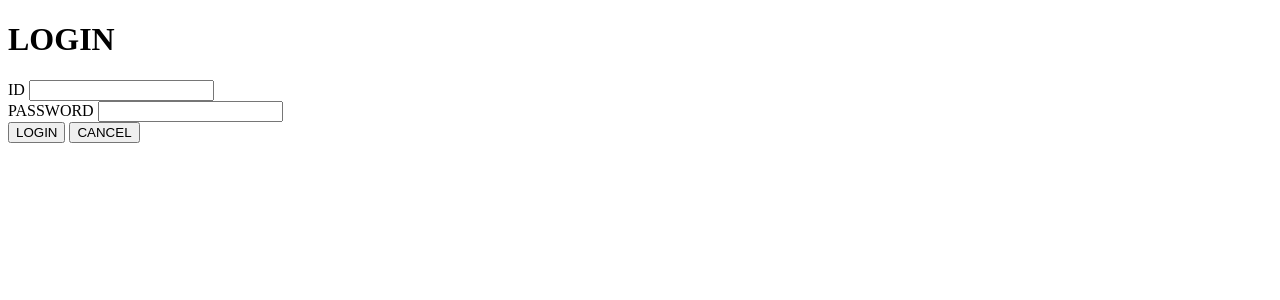
Repository: wonsy1006/servlet
Page: servlet01/src/main/webapp/login.html
These files come from the project's save history. The page is drawn as it stood at one moment and after the next save; the edit follows.
The browser window is 1280 px wide. The pictures show the whole page.

Above is the page before, as saved 2022-09-21 10:20:44.

After the next save:
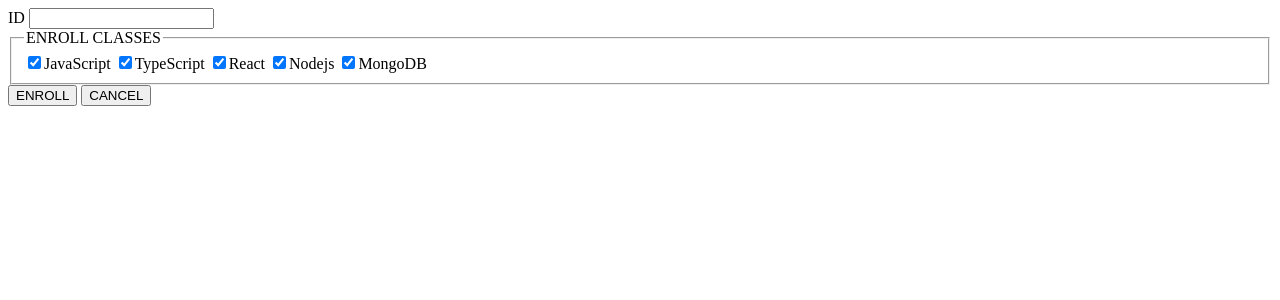
Saved 5 s later.
--- a/servlet01/src/main/webapp/login.html
+++ b/servlet01/src/main/webapp/login.html
@@ -2,16 +2,31 @@
 <html>
   <head>
     <meta charset="UTF-8" />
-    <title>LOGIN</title>
+    <title>SEND VARIABLE TYPES</title>
   </head>
   <body>
-    <h1>LOGIN</h1>
-    <form action="login" method="get" name="formLogin">
+    <form action="input" method="get" name="formInput">
       <label for="user_id">ID</label>
       <input type="text" id="user_id" name="user_id" /><br />
-      <label for="user_pw">PASSWORD</label>
-      <input type="password" id="user_pw" name="user_pw" /><br />
-      <input type="submit" value="LOGIN" />
+      <fieldset>
+        <legend>ENROLL CLASSES</legend>
+        <input
+          type="checkbox"
+          name="subject"
+          value="javascript"
+          checked
+        />JavaScript
+        <input
+          type="checkbox"
+          name="subject"
+          value="typescript"
+          checked
+        />TypeScript
+        <input type="checkbox" name="subject" value="react" checked />React
+        <input type="checkbox" name="subject" value="nodejs" checked />Nodejs
+        <input type="checkbox" name="subject" value="mongodb" checked />MongoDB
+      </fieldset>
+      <input type="submit" value="ENROLL" />
       <input type="reset" value="CANCEL" />
     </form>
   </body>
